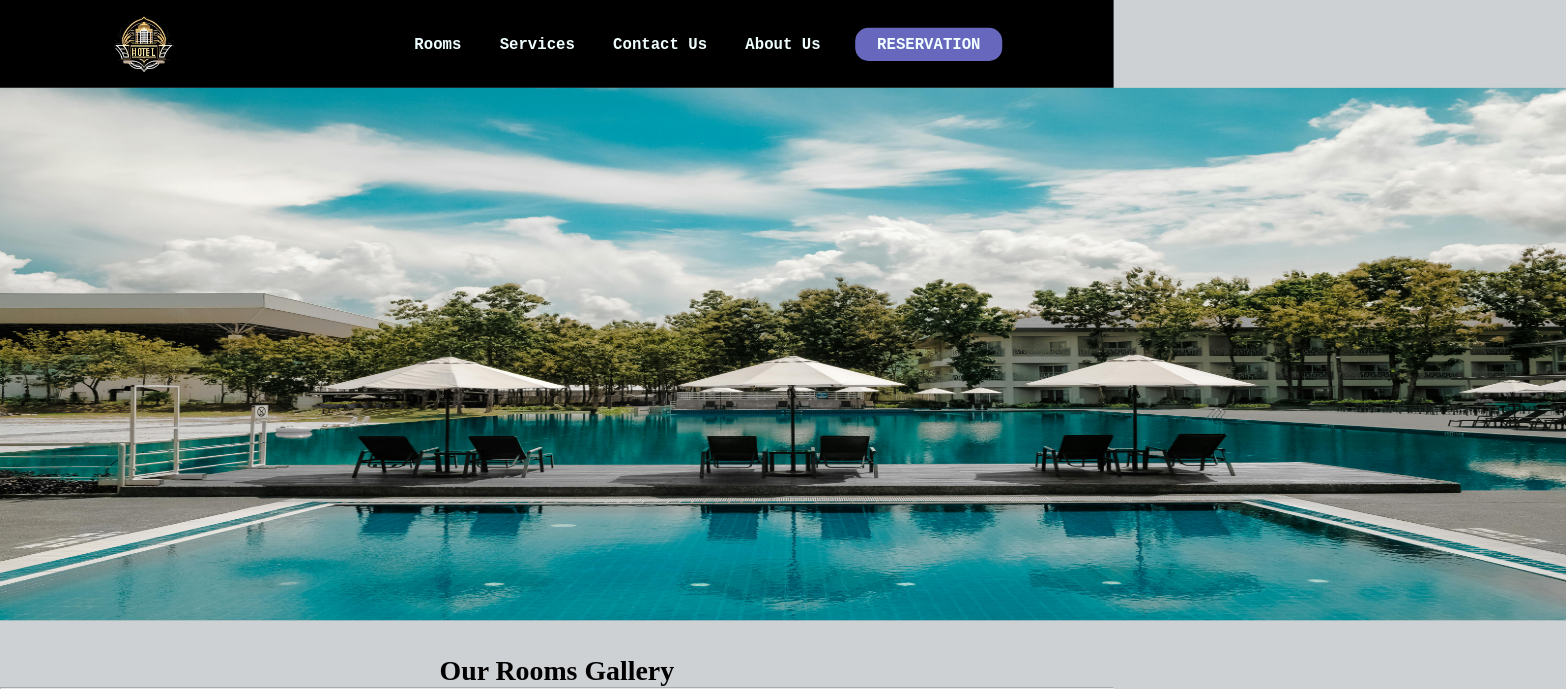
Repository: DhananjayaLakshan/Uom-Web_Design_For_Beginners
Page: Final Assignment/index.html
These files come from the project's save history. The page is drawn as it stood at one moment and after the next save; the edit follows.
The browser window is 1280 px wide. The page is 1800 px wide, so the pictures cover 1800 px, including what lies to the right of the window. The pictures show the whole page, at 87% of full size.

Above is the page before, as saved 2023-11-29 14:29:06.

After the next save:
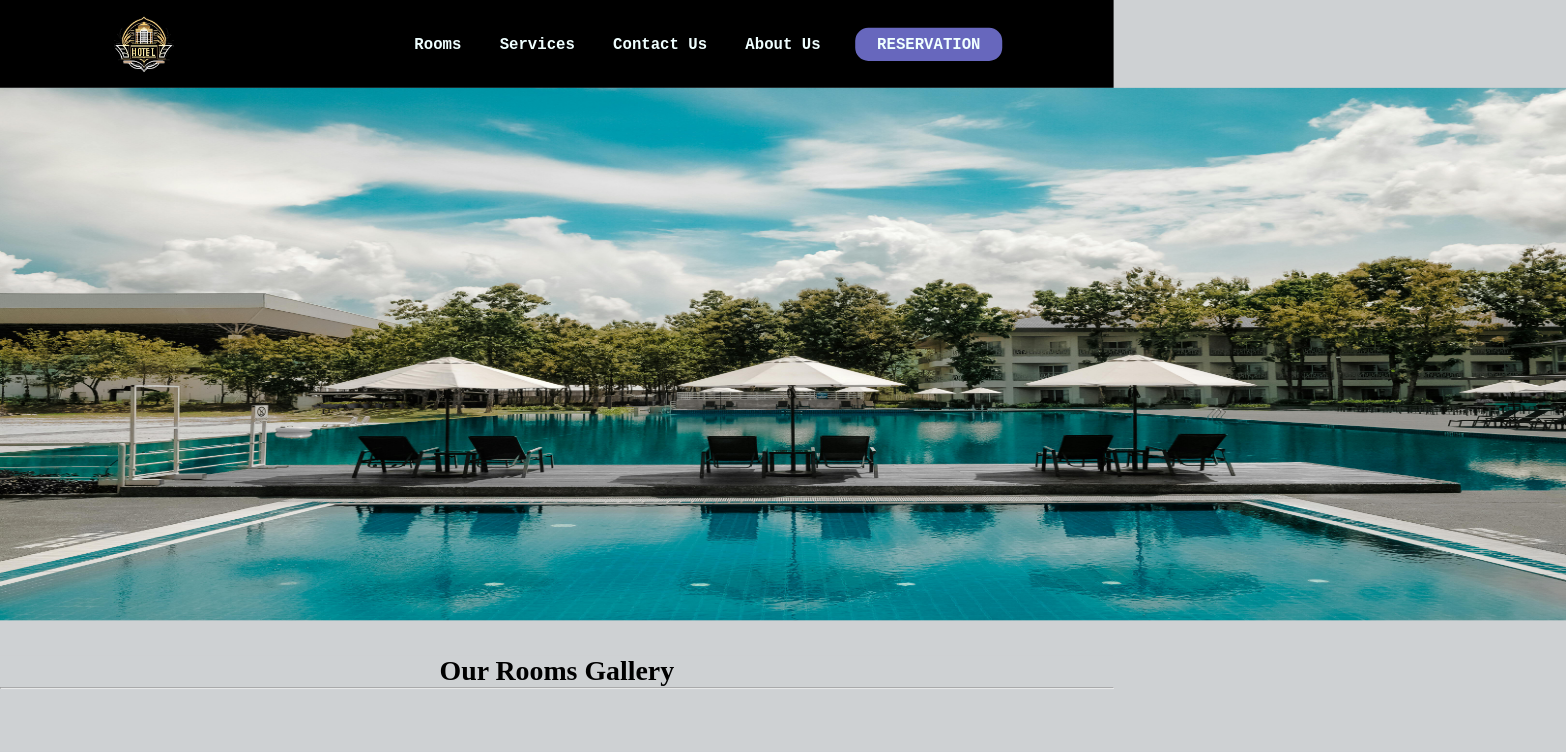
Saved 14 s later.
--- a/Final Assignment/index.html
+++ b/Final Assignment/index.html
@@ -41,7 +41,7 @@
         <br><br><br>
 
         <h1 style="text-align: center;">Our Rooms Gallery</h1>
-        <hr>
+        <hr><br><br><br><br>
 
 
 
